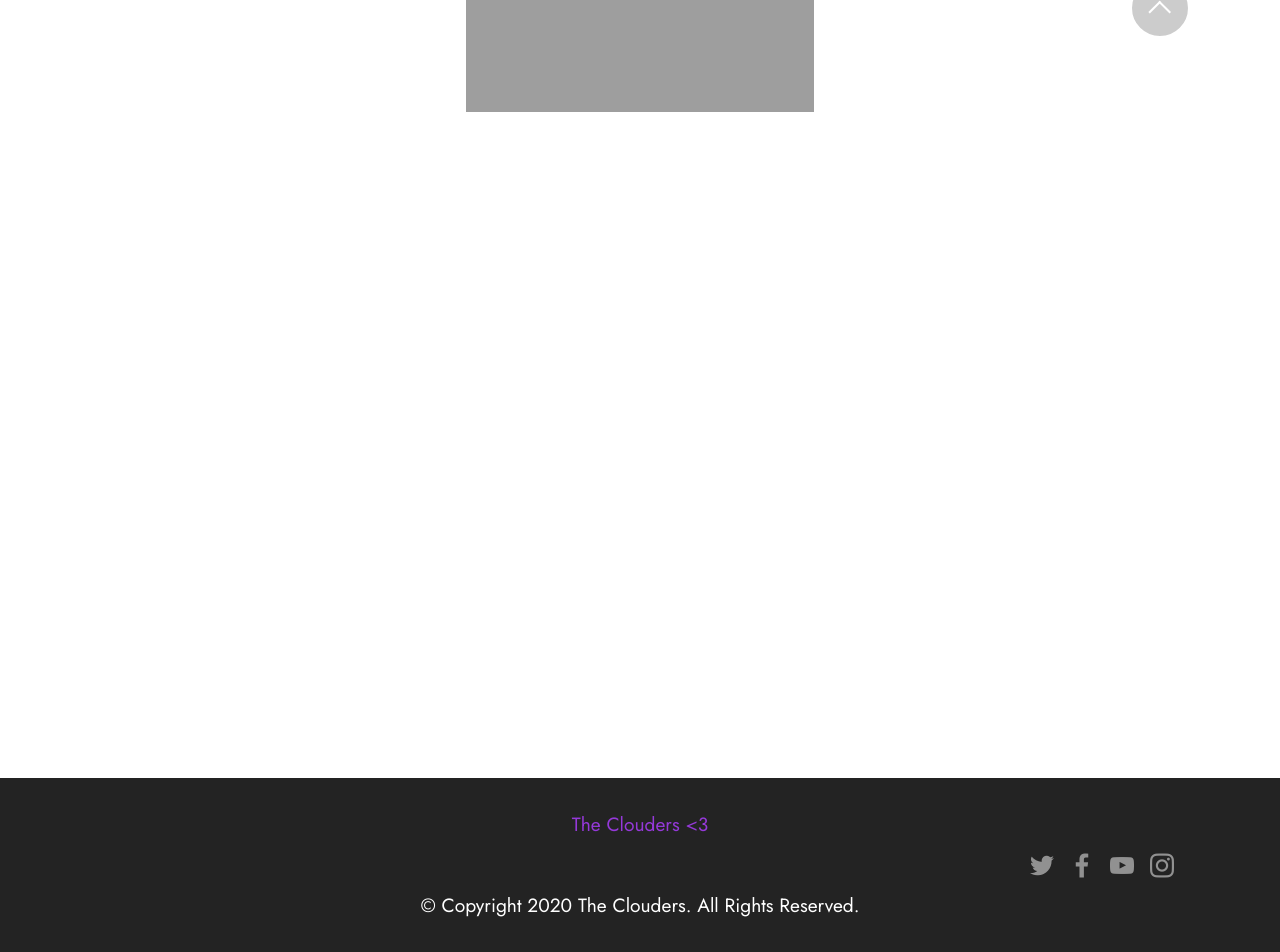
Repository: CubeScars/hangoutswebsite
Page: page3.html
These files come from the project's save history. The page is drawn as it stood at one moment and after the next save; the edit follows.
The browser window is 1280 px wide. The pictures show the part of the page from y = 648 to 1600 px (the page is 1600 px tall).
Pictures or frames that could not be fetched are drawn as grey boxes.

Above is the page before, as saved 2021-09-22 21:48:47.

### page3.html
<!DOCTYPE html>
<html  >
<head>
  <meta charset="UTF-8">
  <meta http-equiv="X-UA-Compatible" content="IE=edge">
  <meta name="generator" content="Mobirise v5.4.1, mobirise.com">
  <meta name="viewport" content="width=device-width, initial-scale=1, minimum-scale=1">
  <link rel="shortcut icon" href="assets/images/41cyuoxrpvl.-ac-121x121.jpeg" type="image/x-icon">
  <meta name="description" content="">


  <title>Info</title>
  <link rel="stylesheet" href="assets/bootstrap/css/bootstrap.min.css">
  <link rel="stylesheet" href="assets/bootstrap/css/bootstrap-grid.min.css">
  <link rel="stylesheet" href="assets/bootstrap/css/bootstrap-reboot.min.css">
  <link rel="stylesheet" href="assets/dropdown/css/style.css">
  <link rel="stylesheet" href="assets/socicon/css/styles.css">
  <link rel="stylesheet" href="assets/theme/css/style.css">
  <link rel="preload" href="https://fonts.googleapis.com/css?family=Jost:100,200,300,400,500,600,700,800,900,100i,200i,300i,400i,500i,600i,700i,800i,900i&display=swap" as="style" onload="this.onload=null;this.rel='stylesheet'">
  <noscript><link rel="stylesheet" href="https://fonts.googleapis.com/css?family=Jost:100,200,300,400,500,600,700,800,900,100i,200i,300i,400i,500i,600i,700i,800i,900i&display=swap"></noscript>
  <link rel="preload" as="style" href="assets/mobirise/css/mbr-additional.css"><link rel="stylesheet" href="assets/mobirise/css/mbr-additional.css" type="text/css">




</head>
<body>

  <section data-bs-version="5.1" class="menu cid-s48OLK6784" once="menu" id="menu1-y">

    <nav class="navbar navbar-dropdown navbar-fixed-top navbar-expand-lg">
        <div class="container">
            <div class="navbar-brand">
                <span class="navbar-logo">
                    <a href="index.html#top">
                        <img src="assets/images/41cyuoxrpvl.-ac-121x121.jpeg" alt="Hang Outs Discord Server" style="height: 4.4rem;">
                    </a>
                </span>
                <span class="navbar-caption-wrap"><a class="navbar-caption text-black text-primary display-7" href="index.html#top">Hang Outs - Discord Server</a></span>
            </div>
            <button class="navbar-toggler" type="button" data-toggle="collapse" data-bs-toggle="collapse" data-target="#navbarSupportedContent" data-bs-target="#navbarSupportedContent" aria-controls="navbarNavAltMarkup" aria-expanded="false" aria-label="Toggle navigation">
                <div class="hamburger">
                    <span></span>
                    <span></span>
                    <span></span>
                    <span></span>
                </div>
            </button>
            <div class="collapse navbar-collapse" id="navbarSupportedContent">
                <ul class="navbar-nav nav-dropdown" data-app-modern-menu="true"><li class="nav-item"><a class="nav-link link text-black text-primary display-4" href="https://discord.gg/zjfHYPdzcz">Join</a></li></ul>

                <div class="navbar-buttons mbr-section-btn"><a class="btn btn-black-outline display-4" href="page3.html#top">Info</a> <a class="btn btn-info-outline display-4" href="page2.html#top">Videos</a></div>
            </div>
        </div>
    </nav>

</section>

<section data-bs-version="5.1" class="content4 cid-sJN0FbRT0f" id="content4-14">


    <div class="container">
        <div class="row justify-content-center">
            <div class="title col-md-12 col-lg-4">
                <iframe style="margin-top: 100px;" src="https://discord.com/widget?id=859268851882655754&theme=dark" width="650" height="600" allowtransparency="true" frameborder="0" sandbox="allow-popups allow-popups-to-escape-sandbox allow-same-origin allow-scripts"></iframe>
                <h4 class="mbr-section-subtitle align-center mbr-fonts-style mb-4 display-5">&nbsp; &nbsp; &nbsp; &nbsp; &nbsp; &nbsp; &nbsp; &nbsp;<br>&nbsp;<br>&nbsp;&nbsp;<br><br><br><br><br><br><br><br><br><br></h4>

            </div>
        </div>
    </div>
</section>

<section data-bs-version="5.1" class="footer3 cid-s48P1Icc8J mbr-reveal" once="footers" id="footer3-z">





    <div class="container">
        <div class="media-container-row align-center mbr-white">
            <div class="row row-links">
                <ul class="foot-menu">





                <li class="foot-menu-item mbr-fonts-style display-7"><a href="https://www.youtube.com/channel/UCV9aHnSG8yQIotkTYoNUqxg" class="text-primary" target="_blank">The Clouders</a>&nbsp;<a href="https://www.youtube.com/channel/UCV9aHnSG8yQIotkTYoNUqxg" class="text-primary">&lt;3</a></li></ul>
            </div>
            <div class="row social-row">
                <div class="social-list align-right pb-2">






                <div class="soc-item">
                        <a href="page1.html#top" target="_blank">
                            <span class="mbr-iconfont mbr-iconfont-social socicon-twitter socicon"></span>
                        </a>
                    </div><div class="soc-item">
                        <a href="page1.html#top">
                            <span class="mbr-iconfont mbr-iconfont-social socicon-facebook socicon"></span>
                        </a>
                    </div><div class="soc-item">
                        <a href="https://www.youtube.com/channel/UCV9aHnSG8yQIotkTYoNUqxg" target="_blank">
                            <span class="mbr-iconfont mbr-iconfont-social socicon-youtube socicon"></span>
                        </a>
                    </div><div class="soc-item">
                        <a href="https://instagram.com/dark_magical_blossom">
                            <span class="mbr-iconfont mbr-iconfont-social socicon-instagram socicon"></span>
                        </a>
                    </div></div>
            </div>
            <div class="row row-copirayt">
                <p class="mbr-text mb-0 mbr-fonts-style mbr-white align-center display-7">
                    © Copyright 2020 The Clouders. All Rights Reserved.
                </p>
            </div>
        </div>
    </div>

 <div id="scrollToTop" class="scrollToTop mbr-arrow-up"><a style="text-align: center;"><i class="mbr-arrow-up-icon mbr-arrow-up-icon-cm cm-icon cm-icon-smallarrow-up"></i></a></div>
  </body>
</html>

### assets/dropdown/css/style.css
.navbar-dropdown {
  left: 0;
  padding: 0;
  position: absolute;
  right: 0;
  top: 0;
  transition: all 0.45s ease;
  z-index: 1030;
  background: #282828; }
  .navbar-dropdown .navbar-logo {
    margin-right: 0.8rem;
    transition: margin 0.3s ease-in-out;
    vertical-align: middle; }
    .navbar-dropdown .navbar-logo img {
      height: 3.125rem;
      transition: all 0.3s ease-in-out; }
    .navbar-dropdown .navbar-logo.mbr-iconfont {
      font-size: 3.125rem;
      line-height: 3.125rem; }
  .navbar-dropdown .navbar-caption {
    font-weight: 700;
    white-space: normal;
    vertical-align: -4px;
    line-height: 3.125rem !important; }
    .navbar-dropdown .navbar-caption, .navbar-dropdown .navbar-caption:hover {
      color: inherit;
      text-decoration: none; }
  .navbar-dropdown .mbr-iconfont + .navbar-caption {
    vertical-align: -1px; }
  .navbar-dropdown.navbar-fixed-top {
    position: fixed; }
  .navbar-dropdown .navbar-brand span {
    vertical-align: -4px; }
  .navbar-dropdown.bg-color.transparent {
    background: none; }
  .navbar-dropdown.navbar-short .navbar-brand {
    padding: 0.625rem 0; }
    .navbar-dropdown.navbar-short .navbar-brand span {
      vertical-align: -1px; }
  .navbar-dropdown.navbar-short .navbar-caption {
    line-height: 2.375rem !important;
    vertical-align: -2px; }
  .navbar-dropdown.navbar-short .navbar-logo {
    margin-right: 0.5rem; }
    .navbar-dropdown.navbar-short .navbar-logo img {
      height: 2.375rem; }
    .navbar-dropdown.navbar-short .navbar-logo.mbr-iconfont {
      font-size: 2.375rem;
      line-height: 2.375rem; }
  .navbar-dropdown.navbar-short .mbr-table-cell {
    height: 3.625rem; }
  .navbar-dropdown .navbar-close {
    left: 0.6875rem;
    position: fixed;
    top: 0.75rem;
    z-index: 1000; }
  .navbar-dropdown .hamburger-icon {
    content: "";
    display: inline-block;
    vertical-align: middle;
    width: 16px;
    -webkit-box-shadow: 0 -6px 0 1px #282828,0 0 0 1px #282828,0 6px 0 1px #282828;
    -moz-box-shadow: 0 -6px 0 1px #282828,0 0 0 1px #282828,0 6px 0 1px #282828;
    box-shadow: 0 -6px 0 1px #282828,0 0 0 1px #282828,0 6px 0 1px #282828; }

.dropdown-menu .dropdown-toggle[data-toggle="dropdown-submenu"]::after {
  border-bottom: 0.35em solid transparent;
  border-left: 0.35em solid;
  border-right: 0;
  border-top: 0.35em solid transparent;
  margin-left: 0.3rem; }

.dropdown-menu .dropdown-item:focus {
  outline: 0; }

.nav-dropdown {
  font-size: 0.75rem;
  font-weight: 500;
  height: auto !important; }
  .nav-dropdown .nav-btn {
    padding-left: 1rem; }
  .nav-dropdown .link {
    margin: .667em 1.667em;
    font-weight: 500;
    padding: 0;
    transition: color .2s ease-in-out; }
    .nav-dropdown .link.dropdown-toggle {
      margin-right: 2.583em; }
      .nav-dropdown .link.dropdown-toggle::after {
        margin-left: .25rem;
        border-top: 0.35em solid;
        border-right: 0.35em solid transparent;
        border-left: 0.35em solid transparent;
        border-bottom: 0; }
      .nav-dropdown .link.dropdown-toggle[aria-expanded="true"] {
        margin: 0;
        padding: 0.667em 3.263em  0.667em 1.667em; }
  .nav-dropdown .link::after,
  .nav-dropdown .dropdown-item::after {
    color: inherit; }
  .nav-dropdown .btn {
    font-size: 0.75rem;
    font-weight: 700;
    letter-spacing: 0;
    margin-bottom: 0;
    padding-left: 1.25rem;
    padding-right: 1.25rem; }
  .nav-dropdown .dropdown-menu {
    border-radius: 0;
    border: 0;
    left: 0;
    margin: 0;
    padding-bottom: 1.25rem;
    padding-top: 1.25rem;
    position: relative; }
  .nav-dropdown .dropdown-submenu {
    margin-left: 0.125rem;
    top: 0; }
  .nav-dropdown .dropdown-item {
    font-weight: 500;
    line-height: 2;
    padding: 0.3846em 4.615em 0.3846em 1.5385em;
    position: relative;
    transition: color .2s ease-in-out, background-color .2s ease-in-out; }
    .nav-dropdown .dropdown-item::after {
      margin-top: -0.3077em;
      position: absolute;
      right: 1.1538em;
      top: 50%; }
    .nav-dropdown .dropdown-item:focus, .nav-dropdown .dropdown-item:hover {
      background: none; }

@media (max-width: 767px) {
  .nav-dropdown.navbar-toggleable-sm {
    bottom: 0;
    display: none;
    left: 0;
    overflow-x: hidden;
    position: fixed;
    top: 0;
    transform: translateX(-100%);
    -ms-transform: translateX(-100%);
    -webkit-transform: translateX(-100%);
    width: 18.75rem;
    z-index: 999; } }
.nav-dropdown.navbar-toggleable-xl {
  bottom: 0;
  display: none;
  left: 0;
  overflow-x: hidden;
  position: fixed;
  top: 0;
  transform: translateX(-100%);
  -ms-transform: translateX(-100%);
  -webkit-transform: translateX(-100%);
  width: 18.75rem;
  z-index: 999; }

.nav-dropdown-sm {
  display: block !important;
  overflow-x: hidden;
  overflow: auto;
  padding-top: 3.875rem; }
  .nav-dropdown-sm::after {
    content: "";
    display: block;
    height: 3rem;
    width: 100%; }
  .nav-dropdown-sm.collapse.in ~ .navbar-close {
    display: block !important; }
  .nav-dropdown-sm.collapsing, .nav-dropdown-sm.collapse.in {
    transform: translateX(0);
    -ms-transform: translateX(0);
    -webkit-transform: translateX(0);
    transition: all 0.25s ease-out;
    -webkit-transition: all 0.25s ease-out;
    background: #282828; }
  .nav-dropdown-sm.collapsing[aria-expanded="false"] {
    transform: translateX(-100%);
    -ms-transform: translateX(-100%);
    -webkit-transform: translateX(-100%); }
  .nav-dropdown-sm .nav-item {
    display: block;
    margin-left: 0 !important;
    padding-left: 0; }
  .nav-dropdown-sm .link,
  .nav-dropdown-sm .dropdown-item {
    border-top: 1px dotted rgba(255, 255, 255, 0.1);
    font-size: 0.8125rem;
    line-height: 1.6;
    margin: 0 !important;
    padding: 0.875rem 2.4rem 0.875rem 1.5625rem !important;
    position: relative;
    white-space: normal; }
    .nav-dropdown-sm .link:focus, .nav-dropdown-sm .link:hover,
    .nav-dropdown-sm .dropdown-item:focus,
    .nav-dropdown-sm .dropdown-item:hover {
      background: rgba(0, 0, 0, 0.2) !important;
      color: #c0a375; }
  .nav-dropdown-sm .nav-btn {
    position: relative;
    padding: 1.5625rem 1.5625rem 0 1.5625rem; }
    .nav-dropdown-sm .nav-btn::before {
      border-top: 1px dotted rgba(255, 255, 255, 0.1);
      content: "";
      left: 0;
      position: absolute;
      top: 0;
      width: 100%; }
    .nav-dropdown-sm .nav-btn + .nav-btn {
      padding-top: 0.625rem; }
      .nav-dropdown-sm .nav-btn + .nav-btn::before {
        display: none; }
  .nav-dropdown-sm .btn {
    padding: 0.625rem 0; }
  .nav-dropdown-sm .dropdown-toggle[data-toggle="dropdown-submenu"]::after {
    margin-left: .25rem;
    border-top: 0.35em solid;
    border-right: 0.35em solid transparent;
    border-left: 0.35em solid transparent;
    border-bottom: 0; }
  .nav-dropdown-sm .dropdown-toggle[data-toggle="dropdown-submenu"][aria-expanded="true"]::after {
    border-top: 0;
    border-right: 0.35em solid transparent;
    border-left: 0.35em solid transparent;
    border-bottom: 0.35em solid; }
  .nav-dropdown-sm .dropdown-menu {
    margin: 0;
    padding: 0;
    position: relative;
    top: 0;
    left: 0;
    width: 100%;
    border: 0;
    float: none;
    border-radius: 0;
    background: none; }
  .nav-dropdown-sm .dropdown-submenu {
    left: 100%;
    margin-left: 0.125rem;
    margin-top: -1.25rem;
    top: 0; }

.navbar-toggleable-sm .nav-dropdown .dropdown-menu {
  position: absolute; }

.navbar-toggleable-sm .nav-dropdown .dropdown-submenu {
  left: 100%;
  margin-left: 0.125rem;
  margin-top: -1.25rem;
  top: 0; }

.navbar-toggleable-sm.opened .nav-dropdown .dropdown-menu {
  position: relative; }

.navbar-toggleable-sm.opened .nav-dropdown .dropdown-submenu {
  left: 0;
  margin-left: 00rem;
  margin-top: 0rem;
  top: 0; }

.is-builder .nav-dropdown.collapsing {
  transition: none !important; }

Loaded but not shown: assets/bootstrap/css/bootstrap.min.css (library); assets/bootstrap/css/bootstrap-grid.min.css (library); assets/bootstrap/css/bootstrap-reboot.min.css (library); assets/mobirise/css/mbr-additional.css (2469 lines, source omitted); assets/socicon/css/styles.css (934 lines, source omitted); assets/theme/css/style.css (948 lines, source omitted)

After the next save:
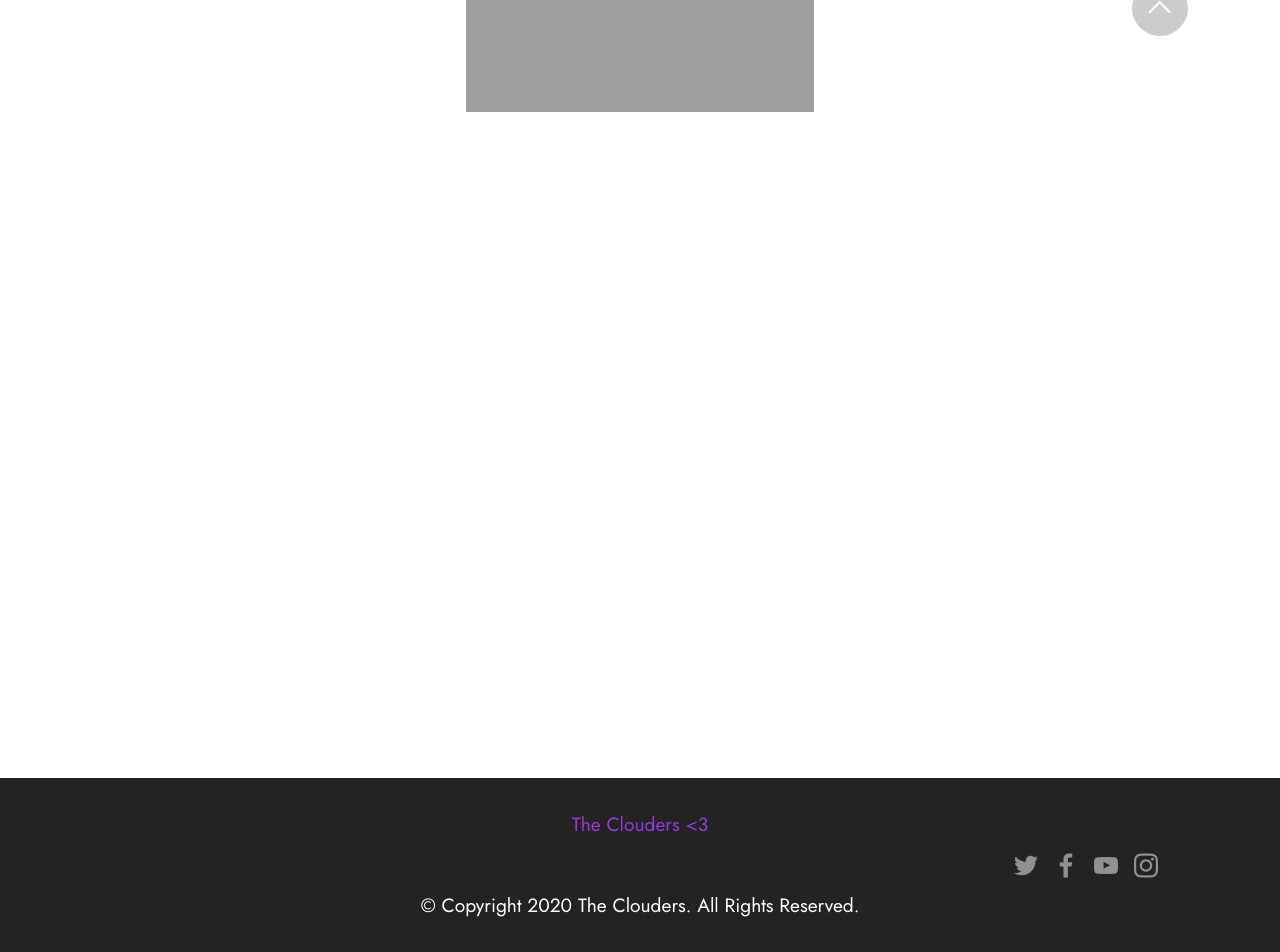
Saved 15 s later.
--- a/page3.html
+++ b/page3.html
@@ -111,6 +111,10 @@
                         <a href="https://instagram.com/dark_magical_blossom">
                             <span class="mbr-iconfont mbr-iconfont-social socicon-instagram socicon"></span>
                         </a>
+                    </div><div class="soc-item">
+                        <a href="https://www.youtube.com/watch?v=dQw4w9WgXcQ">
+                            <span class="mbr-iconfont mbr-iconfont-social mobi-mbri-pin mobi-mbri"></span>
+                        </a>
                     </div></div>
             </div>
             <div class="row row-copirayt">
